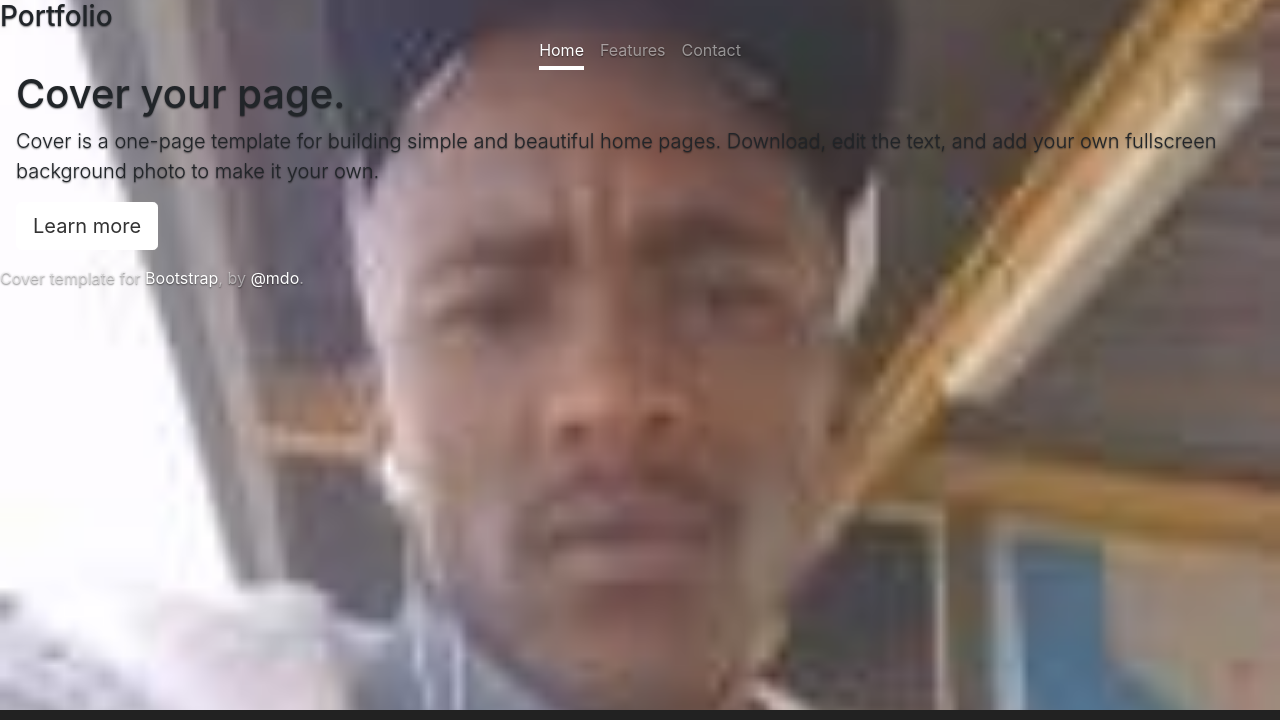
Repository: Shlahla48/zaio-bootstrap-portfolio
Page: index.html
The author's editor kept a copy of each file at every save. The page is drawn from the files as they stood at one save, then again after the next save.
The browser window is 1280 px wide. The pictures show the whole page.

Above is the page before, as saved 2022-10-10 14:10:34.

### index.html
<!doctype html>
<html lang="en" class="h-100">
  <head>
    <meta charset="utf-8">
    <meta name="viewport" content="width=device-width, initial-scale=1">
    <meta name="description" content="">
    <meta name="author" content="Mark Otto, Jacob Thornton, and Bootstrap contributors">
    <meta name="generator" content="Hugo 0.104.2">
    <title>Portfolio | Kenalemang Solomon Hlahla</title>

    <link rel="canonical" href="https://getbootstrap.com/docs/5.2/examples/cover/">





    <link rel="stylesheet" href="https://cdn.jsdelivr.net/npm/bootstrap@4.6.2/dist/css/bootstrap.min.css" integrity="sha384-xOolHFLEh07PJGoPkLv1IbcEPTNtaed2xpHsD9ESMhqIYd0nLMwNLD69Npy4HI+N" crossorigin="anonymous">
    <style>
      .bd-placeholder-img {
        font-size: 1.125rem;
        text-anchor: middle;
        -webkit-user-select: none;
        -moz-user-select: none;
        user-select: none;
      }

      @media (min-width: 768px) {
        .bd-placeholder-img-lg {
          font-size: 3.5rem;
        }
      }

      .b-example-divider {
        height: 3rem;
        background-color: rgba(0, 0, 0, .1);
        border: solid rgba(0, 0, 0, .15);
        border-width: 1px 0;
        box-shadow: inset 0 .5em 1.5em rgba(0, 0, 0, .1), inset 0 .125em .5em rgba(0, 0, 0, .15);
      }

      .b-example-vr {
        flex-shrink: 0;
        width: 1.5rem;
        height: 100vh;
      }

      .bi {
        vertical-align: -.125em;
        fill: currentColor;
      }

      .nav-scroller {
        position: relative;
        z-index: 2;
        height: 2.75rem;
        overflow-y: hidden;
      }

      .nav-scroller .nav {
        display: flex;
        flex-wrap: nowrap;
        padding-bottom: 1rem;
        margin-top: -1px;
        overflow-x: auto;
        text-align: center;
        white-space: nowrap;
        -webkit-overflow-scrolling: touch;
      }
    </style>


    <!-- Custom styles for this template -->
    <link href="cover.css" rel="stylesheet">
  </head>
  <body class="">

<div class="banner-wrap">
  <header class="mb-auto">
    <div>
      <h3 class="float-md-start mb-0">Portfolio</h3>
      <nav class="nav nav-masthead justify-content-center float-md-end">
        <a class="nav-link fw-bold py-1 px-0 active" aria-current="page" href="#">Home</a>
        <a class="nav-link fw-bold py-1 px-0" href="#">Features</a>
        <a class="nav-link fw-bold py-1 px-0" href="#">Contact</a>
      </nav>
    </div>
  </header>

  <main class="px-3">
    <h1>Cover your page.</h1>
    <p class="lead">Cover is a one-page template for building simple and beautiful home pages. Download, edit the text, and add your own fullscreen background photo to make it your own.</p>
    <p class="lead">
      <a href="#" class="btn btn-lg btn-secondary fw-bold border-white bg-white">Learn more</a>
    </p>
  </main>

  <footer class="mt-auto text-white-50">
    <p>Cover template for <a href="https://getbootstrap.com/" class="text-white">Bootstrap</a>, by <a href="https://twitter.com/mdo" class="text-white">@mdo</a>.</p>
  </footer>
</div>



  </body>
</html>

### cover.css
/*
 * Globals
 */


/* Custom default button */
.btn-secondary,
.btn-secondary:hover,
.btn-secondary:focus {
  color: #333;
  text-shadow: none; /* Prevent inheritance from `body` */
}


/*
 * Base structure
 */

body {
  text-shadow: 0 .05rem .1rem rgba(0, 0, 0, .5);
  box-shadow: inset 0 0 5rem rgba(0, 0, 0, .5);
}



.cover-container {
  max-width: 42em;
}


/*
 * Header
 */

 .banner-wrap {
  background-image: url(./assets/images.jpeg);
  background-size: cover;
  background-repeat: no-repeat;
  background-position: center;
  height: 100vh;
  border-bottom: 10px solid #222222;
  position: relative;
z-index: 1;
}
.overlay {
 z-index: -1;
  height: 100%;
  width: 100%;
  background: black;
  opacity: 60%;
  position: absolute;
  top: 0;
}

.nav-masthead .nav-link {
  color: rgba(255, 255, 255, .5);
  border-bottom: .25rem solid transparent;
}

.nav-masthead .nav-link:hover,
.nav-masthead .nav-link:focus {
  border-bottom-color: rgba(255, 255, 255, .25);
}

.nav-masthead .nav-link + .nav-link {
  margin-left: 1rem;
}

.nav-masthead .active {
  color: #fff;
  border-bottom-color: #fff;
}

After the next save:
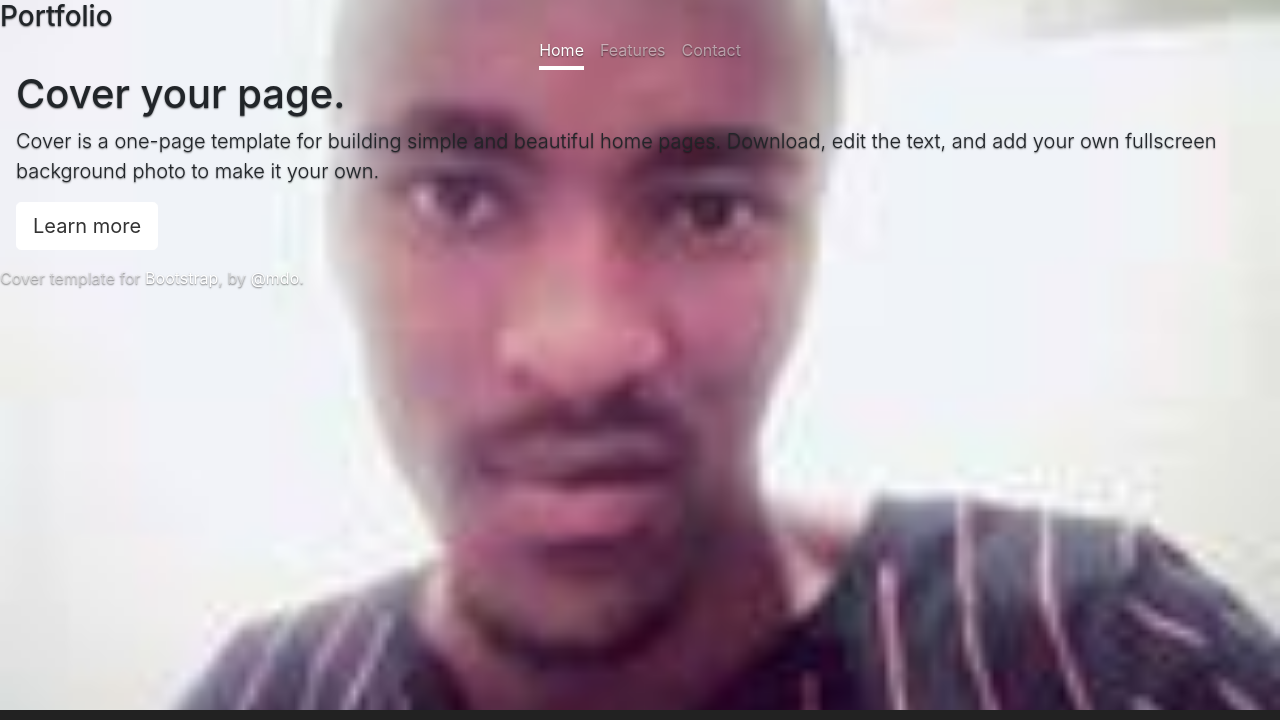
Saved 74 s later.
--- a/cover.css
+++ b/cover.css
@@ -33,7 +33,7 @@ body {
  */
 
  .banner-wrap {
-  background-image: url(./assets/images.jpeg);
+  background-image: url(./assets/download.jpeg);
   background-size: cover;
   background-repeat: no-repeat;
   background-position: center;
